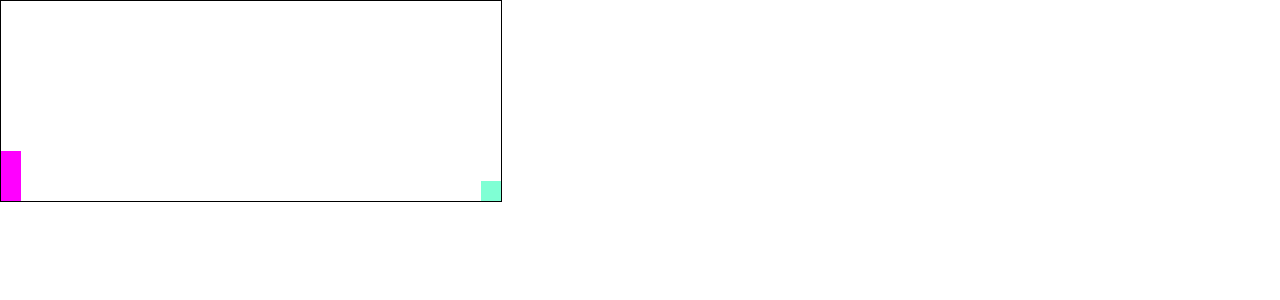
Repository: thecptwaffles/bad-game
Page: index.html
An editor plug-in stored every save of this project. The page is shown before and after the next save, followed by the edit.
The browser window is 1280 px wide. The pictures show the whole page.

Above is the page before, as saved 2022-02-04 19:56:07.

After the next save:
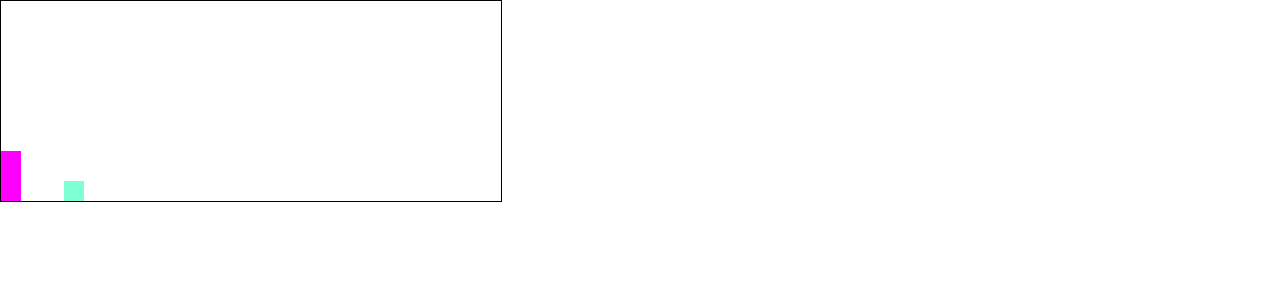
Saved 21 s later.
--- a/style.css
+++ b/style.css
@@ -24,7 +24,7 @@
     position: relative;
     top: 130px;
     left: 480px;
-    animation: block 1000ms infinite;
+    animation: block 2s infinite;
 }
 
 @keyframes block {
